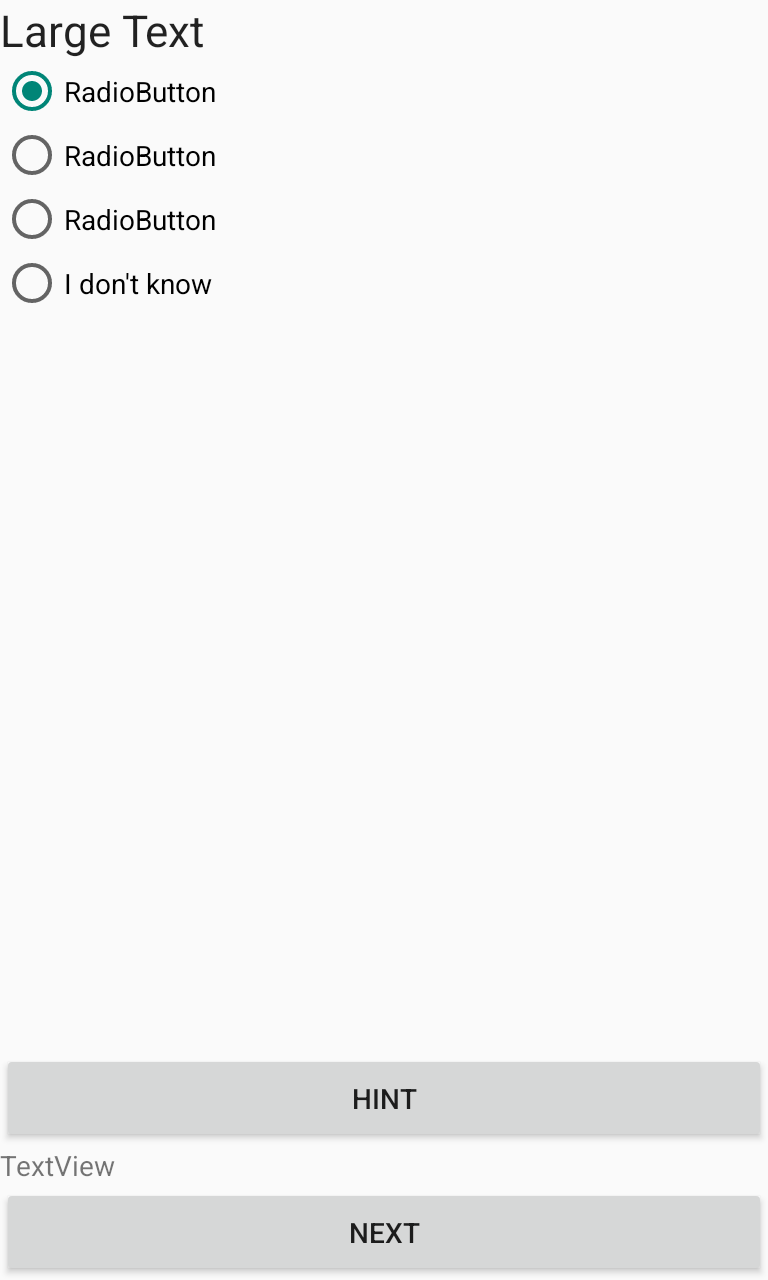
Repository: ICtest333/test_pjtQuiz
Layout: pjtQuiz/res/layout/activity_quizView.xml
An editor plug-in stored every save of this project. The layout is shown before and after the next save, followed by the edit.
It is drawn on a 768 x 1280 px phone screen (xhdpi) without system bars, with theme AppTheme; the app's code is not run.

Above is the layout before, as saved 2014-05-26 06:35:09.

After the next save:
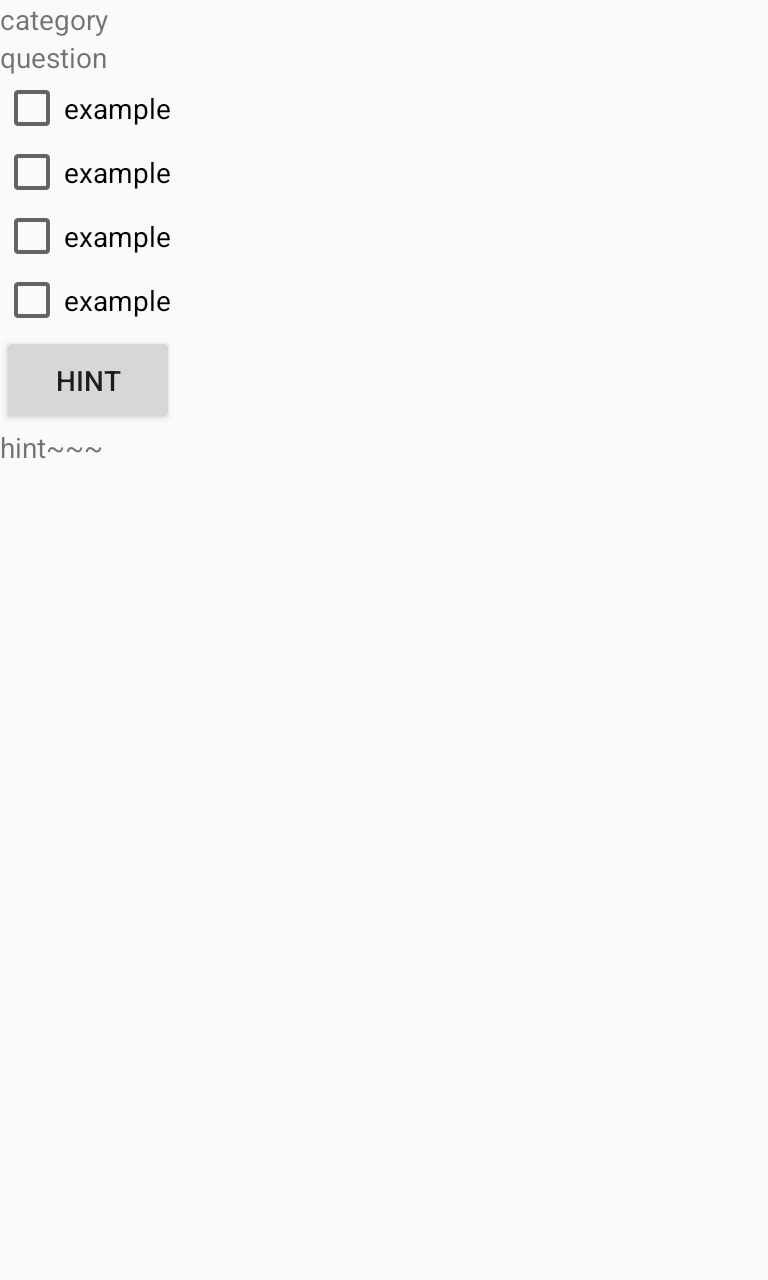
Saved 7 s later.
--- a/pjtQuiz/res/layout/activity_quizView.xml
+++ b/pjtQuiz/res/layout/activity_quizView.xml
@@ -1,72 +1,59 @@
 <?xml version="1.0" encoding="utf-8"?>
-<RelativeLayout xmlns:android="http://schemas.android.com/apk/res/android"
+<LinearLayout xmlns:android="http://schemas.android.com/apk/res/android"
     xmlns:tools="http://schemas.android.com/tools"
     android:id="@+id/container"
     android:layout_width="match_parent"
     android:layout_height="match_parent"
     tools:context="kr.pjt.quiz.MainActivity"
+    android:orientation="vertical"
     >
 
-    <LinearLayout
+    <TextView
+        android:id="@+id/cat"
+        android:layout_width="match_parent"
+        android:layout_height="wrap_content"
+        android:text="category" />
+
+    <TextView
+        android:id="@+id/quiz"
+        android:layout_width="match_parent"
+        android:layout_height="wrap_content"
+        android:text="question" />
+
+    <CheckBox
+        android:id="@+id/opt1"
+        android:layout_width="match_parent"
+        android:layout_height="wrap_content"
+        android:text="example" />
+
+    <CheckBox
+        android:id="@+id/opt2"
+        android:layout_width="match_parent"
+        android:layout_height="wrap_content"
+        android:text="example" />
+
+    <CheckBox
+        android:id="@+id/opt3"
+        android:layout_width="match_parent"
+        android:layout_height="wrap_content"
+        android:text="example" />
+
+    <CheckBox
+        android:id="@+id/opt4"
+        android:layout_width="match_parent"
+        android:layout_height="wrap_content"
+        android:text="example" />
+
+    <Button
+        android:id="@+id/hint"
         android:layout_width="wrap_content"
         android:layout_height="wrap_content"
-        android:layout_alignParentBottom="true"
-        android:layout_alignParentLeft="true"
-        android:layout_alignParentRight="true"
-        android:layout_alignParentTop="true"
-        android:orientation="vertical" >
-        <TextView
-            android:id="@+id/textView1"
-            android:layout_width="match_parent"
-            android:layout_height="wrap_content"
-            android:text="Large Text"
-            android:textAppearance="?android:attr/textAppearanceLarge" />
+        android:text="hint" />
 
-        <RadioGroup
-            android:id="@+id/radioGroup1"
-            android:layout_width="match_parent"
-            android:layout_height="wrap_content"
-            android:layout_weight="0.03" >
+    <TextView
+        android:id="@+id/hint"
+        android:layout_width="match_parent"
+        android:layout_height="wrap_content"
+        android:text="hint~~~" />
 
-            <RadioButton
-                android:id="@+id/opt1"
-                android:layout_width="match_parent"
-                android:layout_height="wrap_content"
-                android:checked="true"
-                android:text="RadioButton" />
-            <RadioButton
-                android:id="@+id/opt2"
-                android:layout_width="match_parent"
-                android:layout_height="wrap_content"
-                android:text="RadioButton" />
-            <RadioButton
-                android:id="@+id/opt3"
-                android:layout_width="match_parent"
-                android:layout_height="wrap_content"
-                android:text="RadioButton" />
-            <RadioButton
-                android:id="@+id/opt4"
-                android:layout_width="match_parent"
-                android:layout_height="wrap_content"
-                android:text="I don't know" />
-        </RadioGroup>
-
-        <Button
-                android:id="@+id/hint_btn"
-                android:layout_width="match_parent"
-                android:layout_height="wrap_content"
-                android:text="@string/str_hint" />
-
-        <TextView
-            android:id="@+id/hint_text"
-            android:layout_width="match_parent"
-            android:layout_height="wrap_content"
-            android:text="TextView" />
-
-        <Button
-                android:id="@+id/next"
-                android:layout_width="match_parent"
-                android:layout_height="wrap_content"
-                android:text="@string/str_next" />
-    </LinearLayout>
-</RelativeLayout>
+</LinearLayout>
